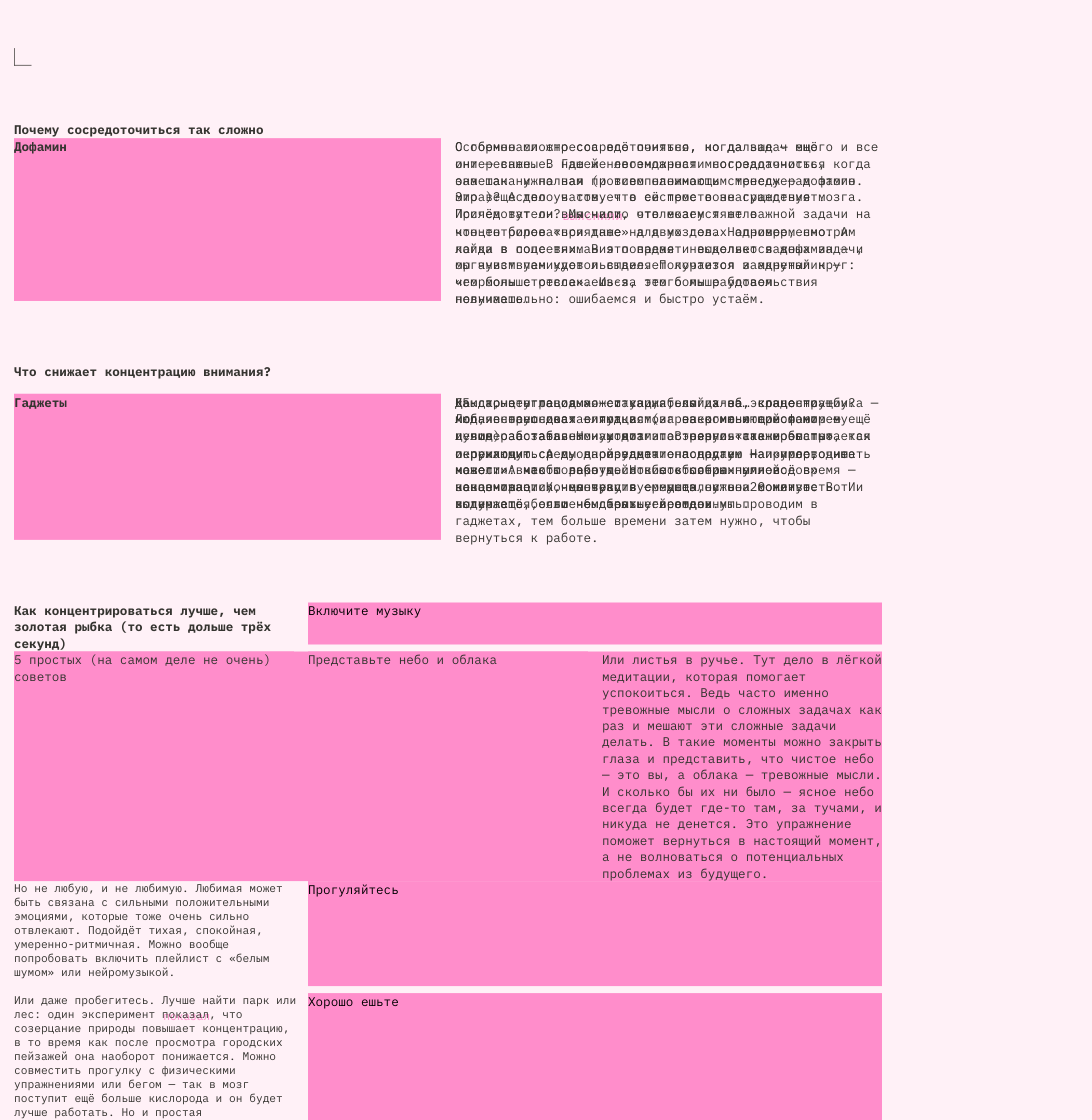
Repository: NikWolf75/slozhno-sosredotochitsya-fd
Page: index.html
The author's editor kept a copy of each file at every save. The page is drawn from the files as they stood at one save, then again after a run of saves.
The browser window is 1280 px wide. The page is 1560 px wide, so the pictures cover 1560 px, including what lies to the right of the window. The pictures show the part of the page from y = 654 to 2254 px (the page is 7204 px tall before and 7210 px after), at 70% of full size.

Above is the page before, as saved 2025-02-27 23:28:05.

After the next 5 saves:
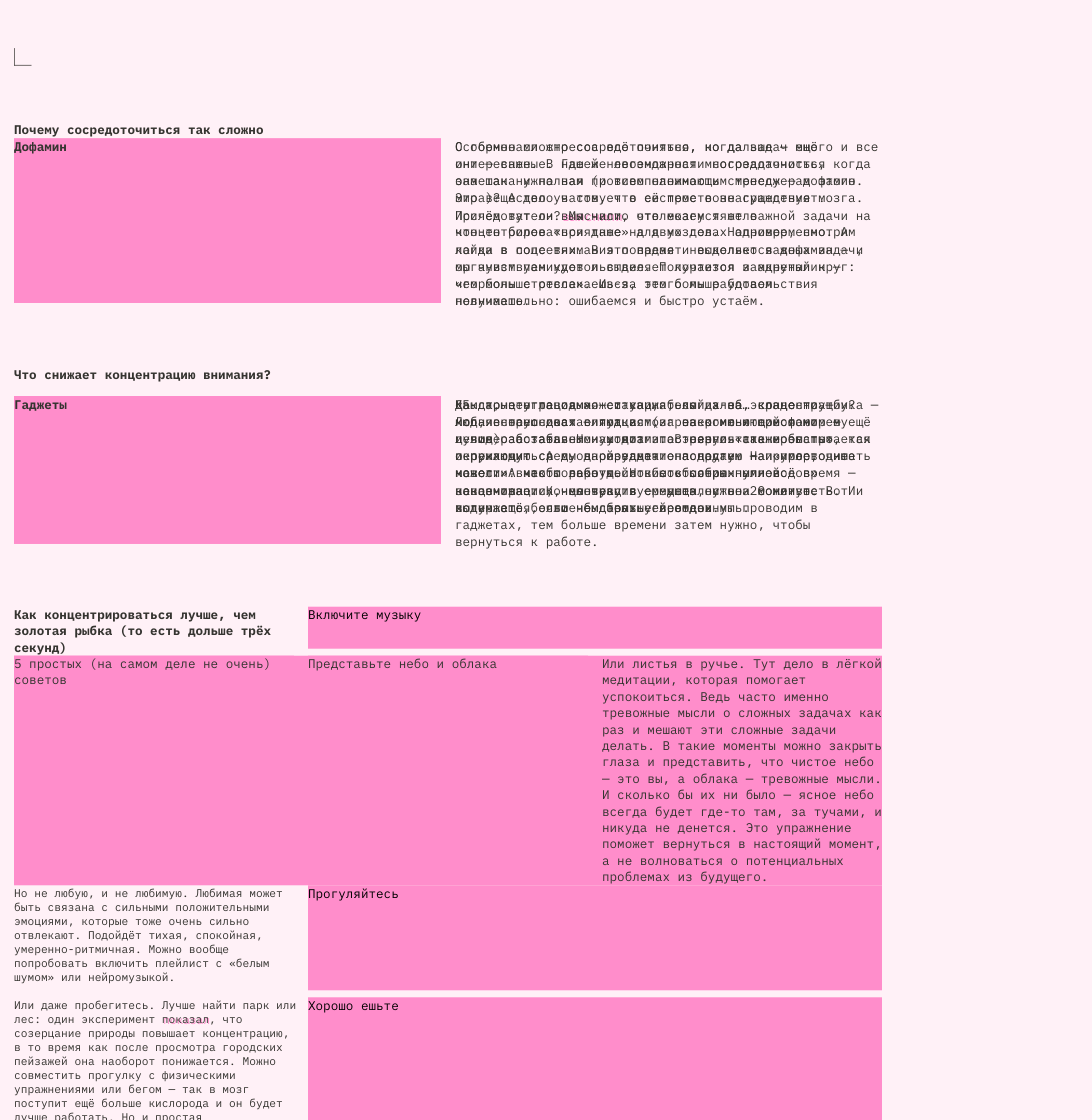
The 5 saves are shown as one change because they came seconds apart.
The last was saved 25 s later.
--- a/styles/style.css
+++ b/styles/style.css
@@ -346,7 +346,7 @@
   font-family: var(--main-font), monospace;
   font-size: 18px;
   font-weight: 700;
-  line-height: 24.2px;
+  line-height: 24.5px;
   color: var(--answer-short-text-color);
 }
 
@@ -371,7 +371,9 @@
   line-height: inherit;
 }
 
-
+.sub_content__answer-short {
+  margin-bottom: 20px;
+}
 
 .answer_large {
   font-family: inherit;
@@ -379,6 +381,7 @@
   font-weight: 400;
   line-height: inherit;
   color: var(--answer-text-color);
+  margin: 0;
   margin-bottom: 20px;
 }
 
